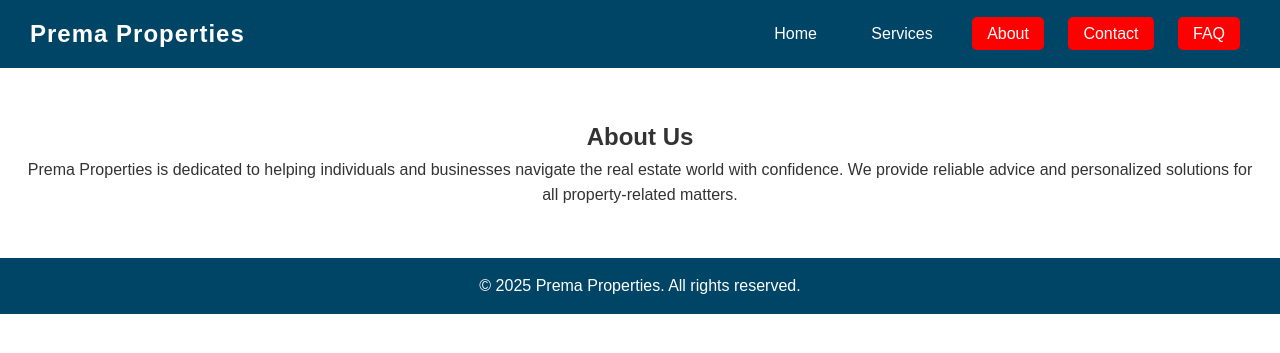
Repository: mnqobiMenzi/Prema-Properties
Page: about-us.html
The author's editor kept a copy of each file at every save. The page is drawn from the files as they stood at one save, then again after a run of saves.
The browser window is 1280 px wide. The pictures show the whole page.

Above is the page before, as saved 2025-10-04 08:50:40.

After the next 2 saves:
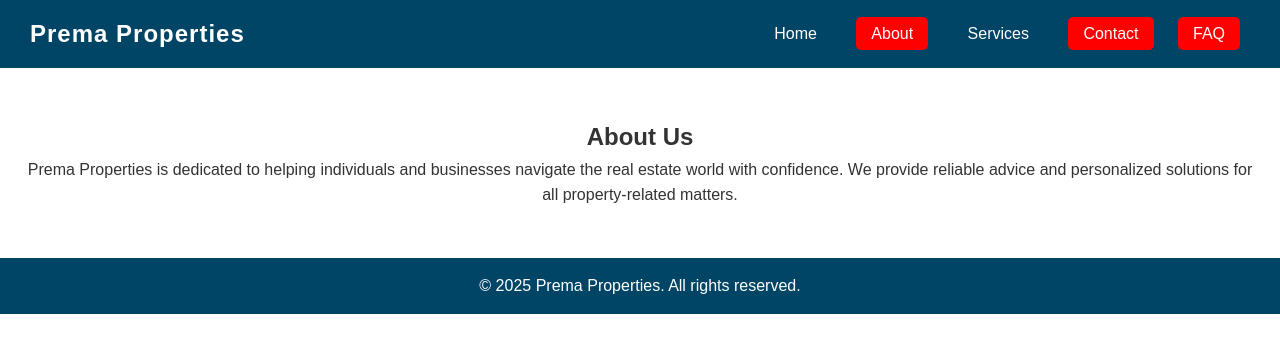
The 2 saves are shown as one change because they came seconds apart.
The last was saved 7 s later.
--- a/about-us.html
+++ b/about-us.html
@@ -13,8 +13,9 @@
     <div class="logo">Prema Properties</div>
     <nav>
       <a href="index.html">Home</a>
+      <a href="#about" class="active">About</a>
       <a href="services.html">Services</a>
-      <a href="#about" class="active">About</a>
+
       <a href="contact-us.html" class="active">Contact</a>
       <a href="FAQ.html" class="active">FAQ</a>
     </nav>
